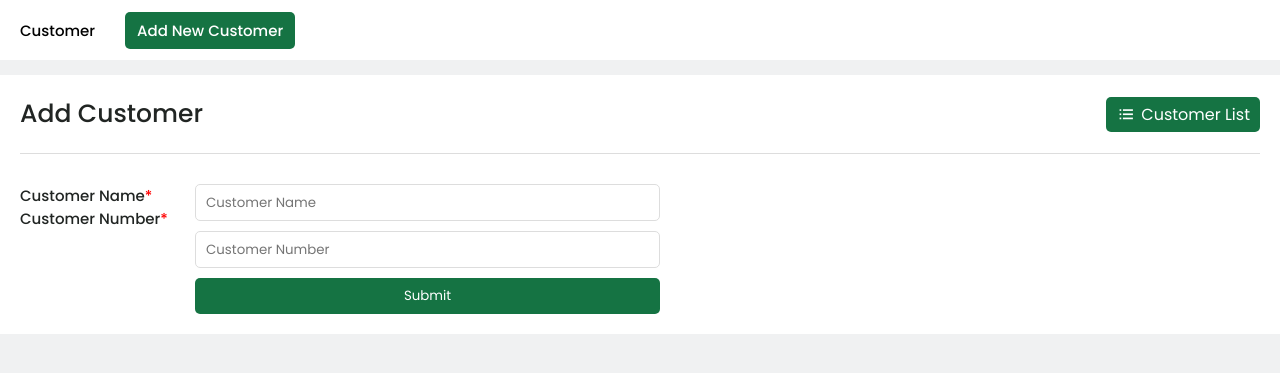
Repository: codebyaddro/customer-page
Page: pages/html/ancus.html
These files come from the project's save history. The page is drawn as it stood at one moment and after a run of saves; the edit follows.
The browser window is 1280 px wide. The pictures show the whole page.

Above is the page before, as saved 2025-02-20 15:15:46.

### pages/html/ancus.html
<!DOCTYPE html>
<html lang="en">
<head>
    <meta charset="UTF-8">
    <meta name="viewport" content="width=device-width, initial-scale=1.0">
    <!-- CSS -->
    <link rel="stylesheet" href="/pages/css/ancus.css">
    <!-- Icons -->
    <link href='https://unpkg.com/boxicons@2.1.4/css/boxicons.min.css' rel='stylesheet'>
    <title>Add New Customer - Page</title>
</head>
<body style="background-color: var(--gray-white);">
    <div class="cba-add-new-cus-container">
        <div class="cba-ancus-top-menus">
            <ul>
                <li><a href="/index.html" class="cba-ancus-light-up">Customer</a></li>
                <li><a href="/inner-pages/html/anc.html" class="cba-ancus-active-menu">Add New Customer</a></li>
            </ul>
        </div>
        <div class="cba-ancus-add-container">
            <div class="cba-ancus-heading-add-new-btn">
                <div class="cba-ancus-heading">
                    <h2>Add Customer</h2>
                </div>
                <div class="cba-ancus-cate-list-btn">
                    <i class='cba-ancus-add-icon bx bx-list-ul'></i>
                    <a href="/index.html">Customer List</a>
                </div>
            </div>
            <div class="cba-ancus-category-add-field">
                <div class="cba-ancus-form-con">
                    <div class="cba-ancus-label">
                        <label for="customer-name">Customer Name<span class="cba-ancus-required">*</span></label>
                        <label for="customer-number">Customer Number<span class="cba-ancus-required">*</span></label>
                    </div>
                    <div class="cba-ancus-input">
                        <input type="text" name="customer-name" id="customer-name" placeholder="Customer Name">
                        <input type="text" name="customer-number" id="customer-number" placeholder="Customer Number">
                        <div class="cba-ancus-submit-btn">
                            <input type="submit">
                        </div>
                    </div>
                </div>
            </div>
        </div>
    </div>
</body>
</html>

### pages/css/ancus.css
/* -- fonts -- */
@import url('https://fonts.googleapis.com/css2?family=Poppins:ital,wght@0,100;0,200;0,300;0,400;0,500;0,600;0,700;0,800;0,900;1,100;1,200;1,300;1,400;1,500;1,600;1,700;1,800;1,900&family=Raleway:ital,wght@0,100..900;1,100..900&family=Roboto:ital,wght@0,100;0,300;0,400;0,500;0,700;0,900;1,100;1,300;1,400;1,500;1,700;1,900&family=VT323&display=swap');

/* -- root -- */

:root {
    --gray-white: #F0F1F2;
    --white: #FFFFFF;
    --black: #000000;
    --gray-black: #DDDDDD;
    --light-black: #212523;
    --main-green: #157343;
    --main-light: #37A000;
    --light-orange: #FD7E14;
    --green: #008000;
    --light-green: #e9f6ec;
    --red: #FF0000;
    --light-red: #fbeaec;
}

/* --universal style -- */

* {
    margin: 0;
    padding: 0;
    box-sizing: border-box;
    font-family: "Poppins", serif;
}

/* -- website app text selection cursor style */

::selection {
    color: var(--white);
    background-color: var(--main-light);
}

/* -- add new container style -- */

.cba-add-new-cus-container {
    width: 100%;
}

/* -- top menus style--  */

.cba-ancus-top-menus {
    background-color: var(--white);
    display: flex;
    justify-content: left;
    align-items: center;
    height: 60px;
    padding: 0px 40px;
    margin-bottom: 15px;
}

.cba-ancus-top-menus ul {
    list-style-type: none;
    display: flex;
    gap: 30px;
    margin-left: -20px;
}

.cba-ancus-top-menus ul li a {
    text-decoration: none;
    color: var(--black);
    font-size: 15px;
    font-weight: 500;
}

/* -- active menu style -- */

.cba-ancus-active-menu {
    color: var(--white)!important;
    background-color: var(--main-green);
    padding: 8px 12px;
    border-radius: 5px;
}

/* -- menu hover style -- */

.cba-ancus-light-up:hover {
    color: var(--light-orange);
}

/* -- list container style -- */

.cba-ancus-add-container {
    background-color: var(--white);
    padding: 0px 20px;
}

/* -- heading-add-new-btn style -- */

.cba-ancus-heading-add-new-btn {
    display: flex;
    justify-content: space-between;
    align-items: center;
    border-bottom: 1px solid var(--gray-black);
    padding: 20px 0px;
}

.cba-ancus-heading h2 {
    color: var(--light-black);
    font-size: 25px;
    font-weight: 500;
}

/* -- add-new-btn style -- */

.cba-ancus-cate-list-btn {
    display: flex;
    gap: 5px;
    justify-content: baseline;
    align-items: center;
}

.cba-ancus-cate-list-btn {
    background-color: var(--main-green);
    padding: 5px 10px;
    border-radius: 5px;
}

.cba-ancus-cate-list-btn a {
    color: var(--white);
    text-decoration: none;
}

.cba-ancus-add-icon {
    color: var(--white);
    font-size: 20px;
}

/* -- customer add field style -- */

/* -- label red star style -- */
.cba-ancus-required {
    color: var(--red);
}

.cba-ancus-category-add-field {
    width: 50%;
    padding-top: 30px;
    padding-bottom: 20px;
}

.cba-ancus-form-con {
    display: grid;
    gap: 20px;
    grid-template-columns: 25% 75%;
}

.cba-ancus-form-con .cba-ancus-label {
    display: flex;
    justify-content: left;
    flex-direction: column;
}

.cba-ancus-form-con label {
    color: var(--light-black);
    font-size: 15px;
    font-weight: 500;
    /* margin-bottom: 22.5px; */
}

.cba-ancus-form-con input {
    display: flex;
    justify-content: left;
    flex-direction: column;
    width: 500px;
}

input[type="text"] {
    width: 100%;
    padding: 7.5px 10px;
    border: 1px solid var(--gray-black);
    border-radius: 5px;
    outline: none;
    margin-top: 0px;
    margin-bottom: 10px;
}

select {
    width: 100%;
    padding: 7.5px 10px;
    border: 1px solid var(--gray-black);
    border-radius: 5px;
    outline: none;
    appearance: none;
}

.cba-ancus-submit-btn {
    display: flex;
    justify-content: right;
    margin-top: 10px;
}

input[type="submit"] {
    background-color: var(--main-green);
    color: var(--white);
    border: none;
    border-radius: 5px;
    padding: 8px 12px;
    cursor: pointer;
}

After the next 5 saves:
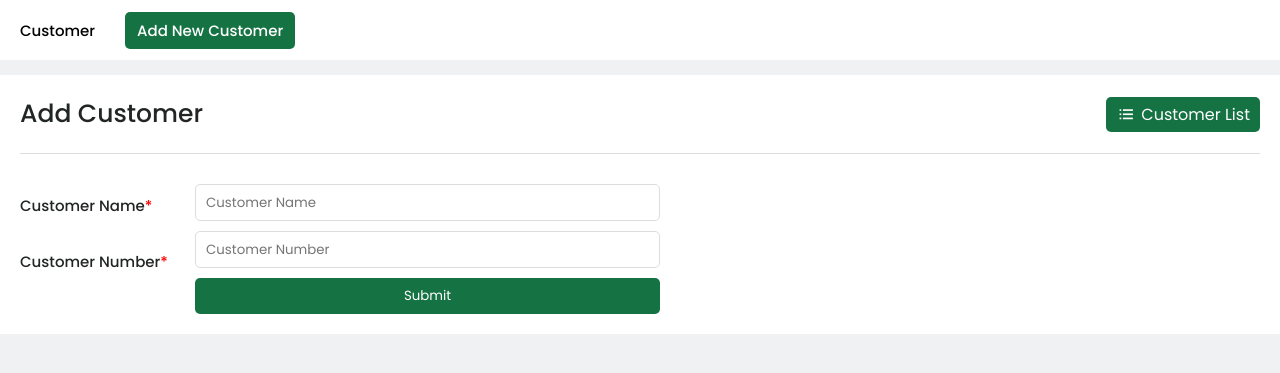
The 5 saves are shown as one change because they came seconds apart.
The last was saved 17 s later.
--- a/pages/css/ancus.css
+++ b/pages/css/ancus.css
@@ -158,7 +158,8 @@
     color: var(--light-black);
     font-size: 15px;
     font-weight: 500;
-    /* margin-bottom: 22.5px; */
+    margin-top: 10px;
+    margin-bottom: 22.5px;
 }
 
 .cba-ancus-form-con input {
